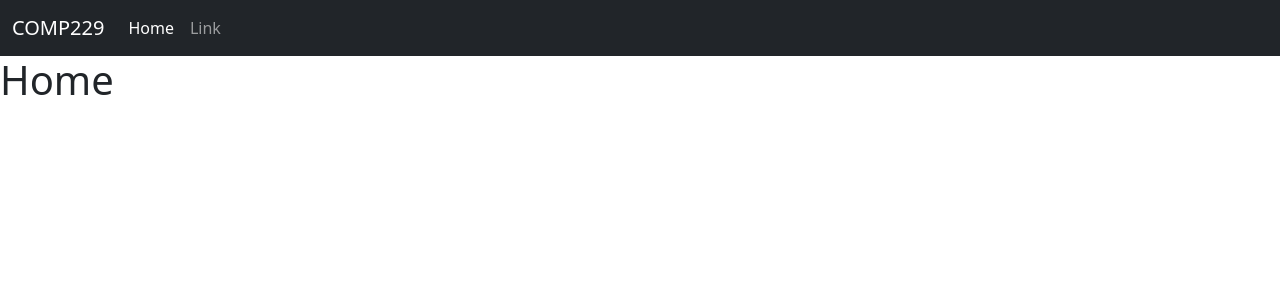
Repository: BlessingAjiboye/WEEK3SECNNN
Page: http://localhost/
The author's editor kept a copy of each file at every save. The page is drawn from the files as they stood at one save, then again after the next save.
The browser window is 1280 px wide. The pictures show the whole page.
The page is served by the project's Node server (server.js). Other server files are loaded and not shown.

Above is the page before, as saved 2022-09-22 09:31:53.

### views/index.ejs
<!DOCTYPE html>
<html lang="en">
<head>
  <meta charset="UTF-8">
  <meta http-equiv="X-UA-Compatible" content="IE=edge">
  <meta name="viewport" content="width=device-width, initial-scale=1.0">
  <title><%= title %></title>
  <link rel='stylesheet' href='/Content/app.css' />
  <link rel="stylesheet"href="/bootstrap/dist/css/bootstrap.min.css">
  <link rel="stylesheet"href="/@fortawesome/fontawesome-free/css/all.min.css">
</head>
<body>
  <nav class="navbar navbar-expand-lg navbar-dark bg-dark">
    <div class="container-fluid">
      <a class="navbar-brand" href="#">COMP229</a>
      <button class="navbar-toggler" type="button" data-bs-toggle="collapse" data-bs-target="#navbarSupportedContent" aria-controls="navbarSupportedContent" aria-expanded="false" aria-label="Toggle navigation">
        <span class="navbar-toggler-icon"></span>
      </button>
      <div class="collapse navbar-collapse" id="navbarSupportedContent">
        <ul class="navbar-nav me-auto mb-2 mb-lg-0">
          <li class="nav-item">
            <a class="nav-link active" aria-current="page" href="#">Home</a>
          </li>
          <li class="nav-item">
            <a class="nav-link" href="#">Link</a>
          </li>

      </div>
    </div>
  </nav>
  <h1><%= title %></h1>

  <script src="/jquery/dist/jquery.min.js"></script>
  <script src="/bootstrap/dist/js/bootstrap.min.js"></script>
  <script src="/Scripts/app.js"></script>
</body>
</html>

### server.js
#!/usr/bin/env node

/**
 * Module dependencies.
 */

var app = require('./app');
var debug = require('debug')('week3sec002n:server');
var http = require('http');

/**
 * Get port from environment and store in Express.
 */

var port = normalizePort(process.env.PORT || '3000');
app.set('port', port);

/**
 * Create HTTP server.
 */

var server = http.createServer(app);

/**
 * Listen on provided port, on all network interfaces.
 */

server.listen(port);
server.on('error', onError);
server.on('listening', onListening);

/**
 * Normalize a port into a number, string, or false.
 */

function normalizePort(val) {
  var port = parseInt(val, 10);

  if (isNaN(port)) {
    // named pipe
    return val;
  }

  if (port >= 0) {
    // port number
    return port;
  }

  return false;
}

/**
 * Event listener for HTTP server "error" event.
 */

function onError(error) {
  if (error.syscall !== 'listen') {
    throw error;
  }

  var bind = typeof port === 'string'
    ? 'Pipe ' + port
    : 'Port ' + port;

  // handle specific listen errors with friendly messages
  switch (error.code) {
    case 'EACCES':
      console.error(bind + ' requires elevated privileges');
      process.exit(1);
      break;
    case 'EADDRINUSE':
      console.error(bind + ' is already in use');
      process.exit(1);
      break;
    default:
      throw error;
  }
}

/**
 * Event listener for HTTP server "listening" event.
 */

function onListening() {
  var addr = server.address();
  var bind = typeof addr === 'string'
    ? 'pipe ' + addr
    : 'port ' + addr.port;
  debug('Listening on ' + bind);
}

### routes/index.js
var express = require('express');
var router = express.Router();

/* GET home page. */
router.get('/', function(req, res, next) {
  res.render('index', { title: 'Home' });
});
router.get('/about', function(req, res, next) {
  res.render('index', { title: 'About' });
});
router.get('/Products', function(req, res, next) {
  res.render('index', { title: 'Products' });
});
router.get('/Services', function(req, res, next) {
  res.render('index', { title: 'Services' });
});
router.get('/Contact', function(req, res, next) {
  res.render('index', { title: 'Contact' });
});

module.exports = router;

### app.js
let createError = require('http-errors');
let express = require('express');
let path = require('path');
let cookieParser = require('cookie-parser');
let logger = require('morgan');

let indexRouter = require('./routes/index');
let usersRouter = require('./routes/users');

let app = express();

// view engine setup
app.set('views', path.join(__dirname, 'views'));
app.set('view engine', 'ejs');

app.use(logger('dev'));
app.use(express.json());
app.use(express.urlencoded({ extended: false }));
app.use(cookieParser());
app.use(express.static(path.join(__dirname, 'public')));
app.use(express.static(path.join(__dirname, 'node_modules')));

app.use('/', indexRouter);
app.use('/users', usersRouter);

// catch 404 and forward to error handler
app.use(function(req, res, next) {
  next(createError(404));
});

// error handler
app.use(function(err, req, res, next) {
  // set locals, only providing error in development
  res.locals.message = err.message;
  res.locals.error = req.app.get('env') === 'development' ? err : {};

  // render the error page
  res.status(err.status || 500);
  res.render('error');
});

module.exports = app;

### public/Content/app.css
/*custom css goes here*/

### public/Scripts/app.js
(function(){
    function start()
    {
        console.log("App started...");
    }
    window.addEventListener("load",start);
})();

After the next save:
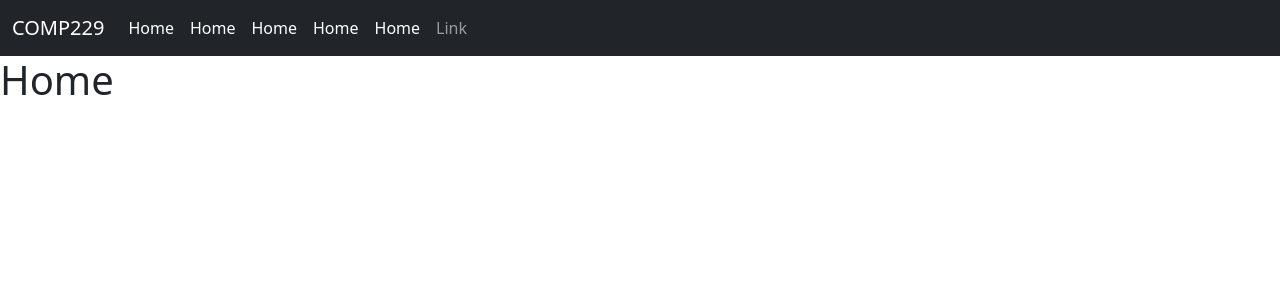
Saved 93 s later.
--- a/views/index.ejs
+++ b/views/index.ejs
@@ -19,6 +19,18 @@
       <div class="collapse navbar-collapse" id="navbarSupportedContent">
         <ul class="navbar-nav me-auto mb-2 mb-lg-0">
           <li class="nav-item">
+            <a class="nav-link active" aria-current="page" href="home">Home</a>
+          </li>
+          <li class="nav-item">
+            <a class="nav-link active" aria-current="page" href="#">Home</a>
+          </li>
+          <li class="nav-item">
+            <a class="nav-link active" aria-current="page" href="#">Home</a>
+          </li>
+          <li class="nav-item">
+            <a class="nav-link active" aria-current="page" href="#">Home</a>
+          </li>
+          <li class="nav-item">
             <a class="nav-link active" aria-current="page" href="#">Home</a>
           </li>
           <li class="nav-item">
